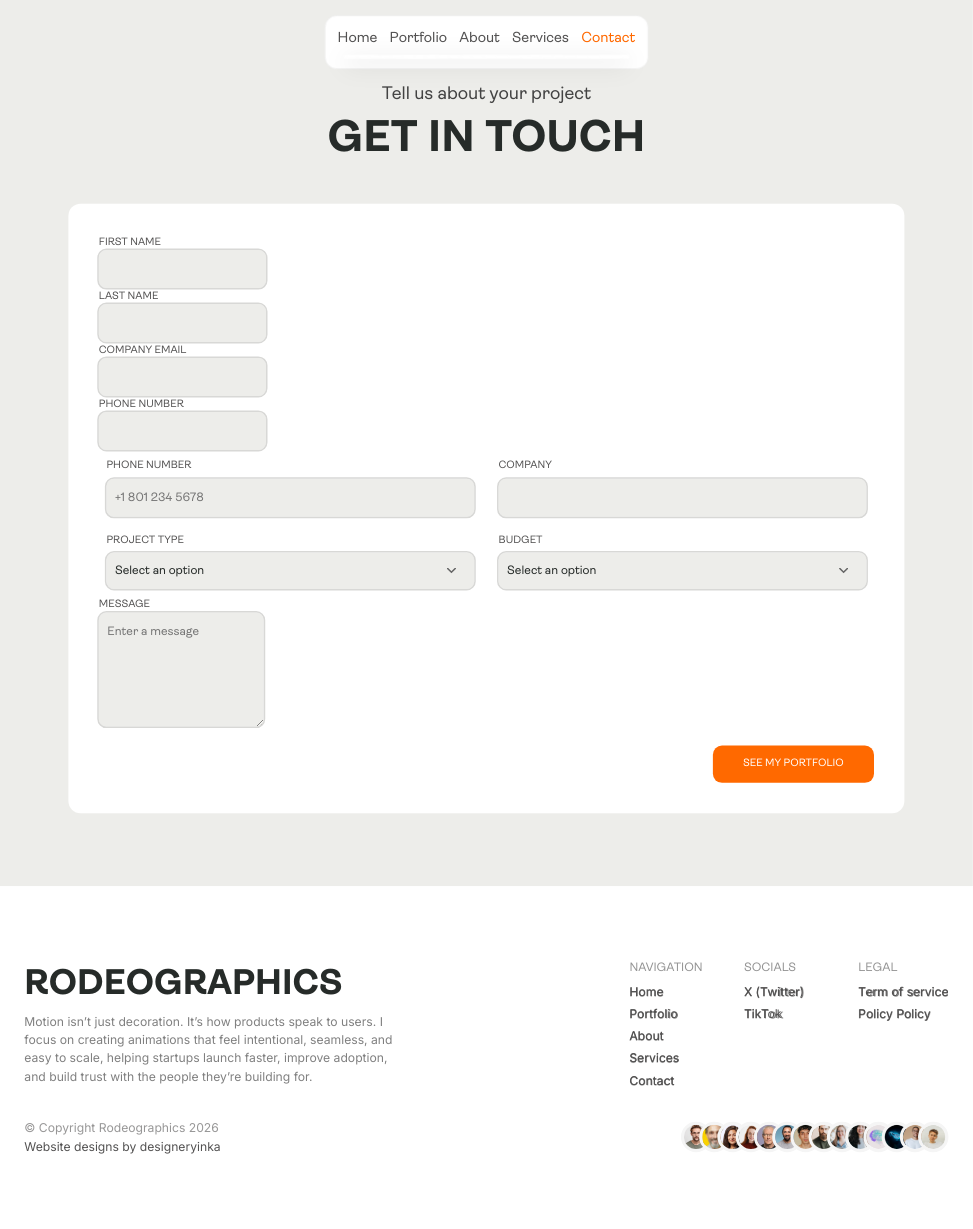
Repository: Ajeyinka/RodeoGraphics
Page: contact.html
The author's editor kept a copy of each file at every save. The page is drawn from the files as they stood at one save, then again after the next save.
The browser window is 1280 px wide. The pictures show the whole page, at 76% of full size.

Above is the page before, as saved 2026-02-21 21:05:44.
Console error: ReferenceError: gsap is not defined

### contact.html
<!DOCTYPE html>
<html lang="en">
  <head>
    <meta charset="UTF-8" />
    <meta name="viewport" content="width=device-width, initial-scale=1.0" />
    <title>Contact | Motion Design for Startups</title>

    <meta
      name="description"
      content="Get in touch to discuss motion design for your product, startup, or upcoming launch."
    />
    <meta property="og:title" content="Contact | Motion Design for Startups" />
    <meta
      property="og:description"
      content="Get in touch to discuss motion design for your product, startup, or upcoming launch."
    />
    <meta property="og:image" content="" />
    <meta property="og:type" content="website" />
    <meta property="og:url" content="" />
    <script src="script.js" defer></script>
    <link rel="stylesheet" href="style.css" />
    <link
      rel="shortcut icon"
      href="images/favicon.ico.png"
      sizes="32x32"
      type="image/png"
    />
  </head>
  <body>
    <nav class="section_nav">
      <div class="container_large">
        <div class="container_nav">
          <div class="two-col-flex">
            <div class="nav_brand">
              <a href="index.html" class="nav_brand-link">
                <span>Rodeographics</span>
              </a>
            </div>
            <a href="#" class="toggle_button" id="toggle_button">
              <span class="bar one"></span>
              <span class="bar two"></span>
            </a>
          </div>
          <!-- Brand / Logo -->

          <!-- Navigation Menu -->
          <div class="nav_menu">
            <ul class="nav_list">
              <li class="nav_item">
                <a href="index.html" class="nav_link">Home</a>
              </li>
              <li class="nav_item">
                <a href="portfolio.html" class="nav_link">Portfolio</a>
              </li>

              <li class="nav_item">
                <a href="about.html" class="nav_link">About</a>
              </li>

              <li class="nav_item">
                <a href="services.html" class="nav_link">Services</a>
              </li>

              <li class="nav_item">
                <a href="contact.html" class="nav_link">Contact</a>
              </li>
            </ul>
          </div>
        </div>
      </div>
    </nav>

    <main>
      <section class="section_contact">
        <div class="container_large">
          <div class="padding_global">
            <div class="form_component">
              <div class="title-top">
                <p class="tag">Tell us about your project</p>
                <h1>GET IN TOUCH</h1>
              </div>
            </div>
            <div class="form-block">
              <form action="https://formspree.io/f/xzdapnao" method="POST">
                <div class="form-group">
                  <label for="fname">First Name</label>
                  <input
                    type="text"
                    name="first_name"
                    class="input"
                    id="fName"
                    required
                  />
                </div>
                <div class="form-group">
                  <label for="lname">Last Name</label>
                  <input
                    type="text"
                    name="last_name"
                    class="input"
                    id="lName"
                    required
                  />
                </div>
                <div class="form-group">
                  <label for="email">Company Email</label>
                  <input
                    type="email"
                    name="company_email"
                    class="input"
                    id="email"
                    required
                  />
                </div>
                <div class="form-group">
                  <label for="email"> Phone Number</label>
                  <input
                    type="email"
                    name="company_email"
                    class="input"
                    id="email"
                    required
                  />
                </div>

                <fieldset>
                  <label>
                    Phone Number

                    <input
                      type="tel"
                      class="input phone-input"
                      placeholder="+1 801 234 5678"
                      inputmode="tel"
                      autocomplete="tel"
                    />
                  </label>
                  <label for="company">
                    Company
                    <input
                      type="text"
                      name="company"
                      class="input"
                      id="company"
                    />
                  </label>
                </fieldset>
                <fieldset>
                  <label>
                    Project Type
                    <select class="input select" name="project type">
                      <option value="" disabled selected>
                        Select an option
                      </option>
                      <option value="saas">SaaS/Explainer Video</option>
                      <option value="2d explainer">2D Explainer Video</option>
                      <option value="logo">Logo Animation</option>
                      <option value="ai vide0">
                        AI branding/product Launch Video
                      </option>
                      <option value="website">Website Interphase</option>
                      <option value="short form">Short Form Edit Video</option>
                    </select>
                  </label>
                  <label>
                    Budget
                    <select class="input select" name="budget">
                      <option value="" disabled selected>
                        Select an option
                      </option>
                      <option value="$0-$200">$0-$200</option>
                      <option value="$200-$500">$200-$500</option>
                      <option value="$500-$1000">$500-$1000</option>
                      <option value="$1000-above">$1000 and Above</option>
                    </select>
                  </label>
                </fieldset>
                <div class="form-group">
                  <label for="message">Message</label>
                  <textarea
                    name="textarea"
                    id="textarea"
                    class="input"
                    placeholder="Enter a message"
                  ></textarea>
                </div>

                <div class="input-submit">
                  <button type="submit" class="button-submit button">
                    <span class="text text-primary">See my portfolio</span>
                  </button>
                </div>
                <div class="form-success">
                  Thanks for reaching out. I’ll get back to you within 24 hours.
                </div>
              </form>
            </div>
          </div>
        </div>
      </section>
    </main>
    <footer>
      <div class="container_large">
        <div class="padding_global">
          <div class="footer-grid">
            <div class="footer-left">
              <h2>Rodeographics</h2>
              <p>
                Motion isn’t just decoration. It’s how products speak to users.
                I focus on creating animations that feel intentional, seamless,
                and easy to scale, helping startups launch faster, improve
                adoption, and build trust with the people they’re building for.
              </p>
            </div>
            <div class="footer-right">
              <div class="footer_link-wrapper">
                <div class="footer_links">
                  <h4>Navigation</h4>
                  <a href="index.html" class="footer_link">Home</a>
                  <a href="portfolio.html" class="footer_link">Portfolio</a>
                  <a href="about.html" class="footer_link">About</a>
                  <a href="services.html" class="footer_link">Services</a>
                  <a href="contact.html" class="footer_link">Contact</a>
                </div>
                <div class="footer_links">
                  <h4>Socials</h4>
                  <a href="https://x.com/designerola01" class="footer_link"
                    >X (Twitter)</a
                  >

                  <a
                    href="https://www.tiktok.com/@rodeodesigns?_r=1&_t=ZS-93MZgyCcf5N"
                    class="footer_link"
                    >TikTok</a
                  >
                </div>
                <div class="footer_links">
                  <h4>Legal</h4>
                  <a href="services.html" class="footer_link"
                    >Term of service</a
                  >

                  <a href="privacy.html" class="footer_link">Policy Policy</a>
                </div>
              </div>
            </div>
          </div>
          <div class="footer-bottom">
            <div>
              <p class="Copyright">© Copyright Rodeographics 2026</p>
              <a href="https://designeryinka.com/" target="_blank"
                >Website designs by designeryinka</a
              >
            </div>

            <div class="footer_proof">
              <img src="images/1.png" alt="" />
              <img src="images/2.png" alt="" />
              <img src="images/3.png" alt="" />
              <img src="images/4.png" alt="" />
              <img src="images/5.png" alt="" />
              <img src="images/6.png" alt="" />
              <img src="images/adewale.png" alt="" />
              <img src="images/adewale1.png" alt="" />
              <img src="images/adewale2.png" alt="" />
              <img src="images/adewale4.png" alt="" />
              <img src="images/adewalw5.png" alt="" />
              <img src="images/adewale6.png" alt="" />
              <img src="images/adewale7.png" alt="" />
              <img src="images/adewalw8.png" alt="" />
            </div>
          </div>
        </div>
      </div>
    </footer>
  </body>
</html>

Loaded but not shown: script.js (338 lines, source omitted); style.css (1929 lines, source omitted)

After the next save:
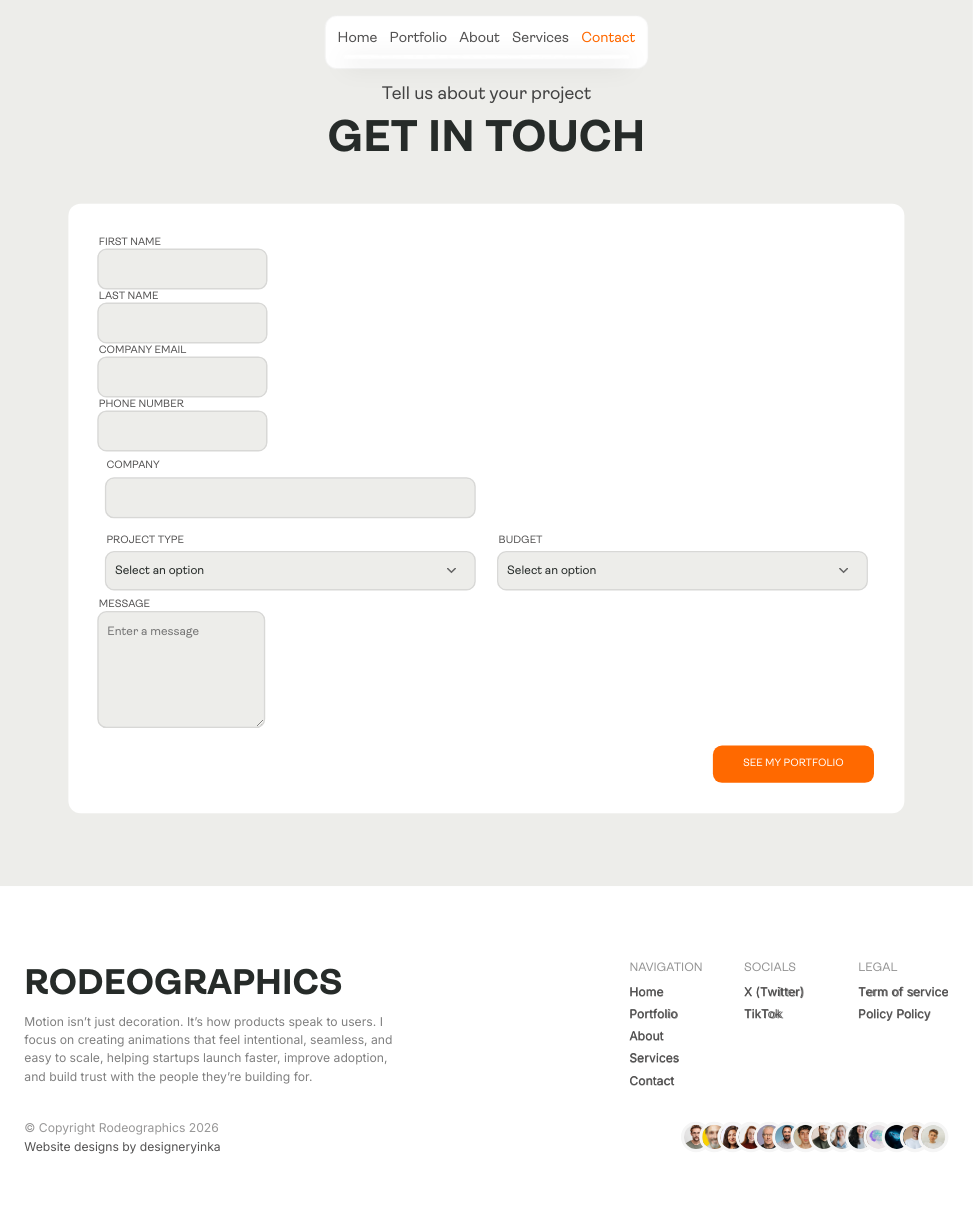
Saved 10 s later.
--- a/contact.html
+++ b/contact.html
@@ -124,17 +124,6 @@
                 </div>
 
                 <fieldset>
-                  <label>
-                    Phone Number
-
-                    <input
-                      type="tel"
-                      class="input phone-input"
-                      placeholder="+1 801 234 5678"
-                      inputmode="tel"
-                      autocomplete="tel"
-                    />
-                  </label>
                   <label for="company">
                     Company
                     <input
